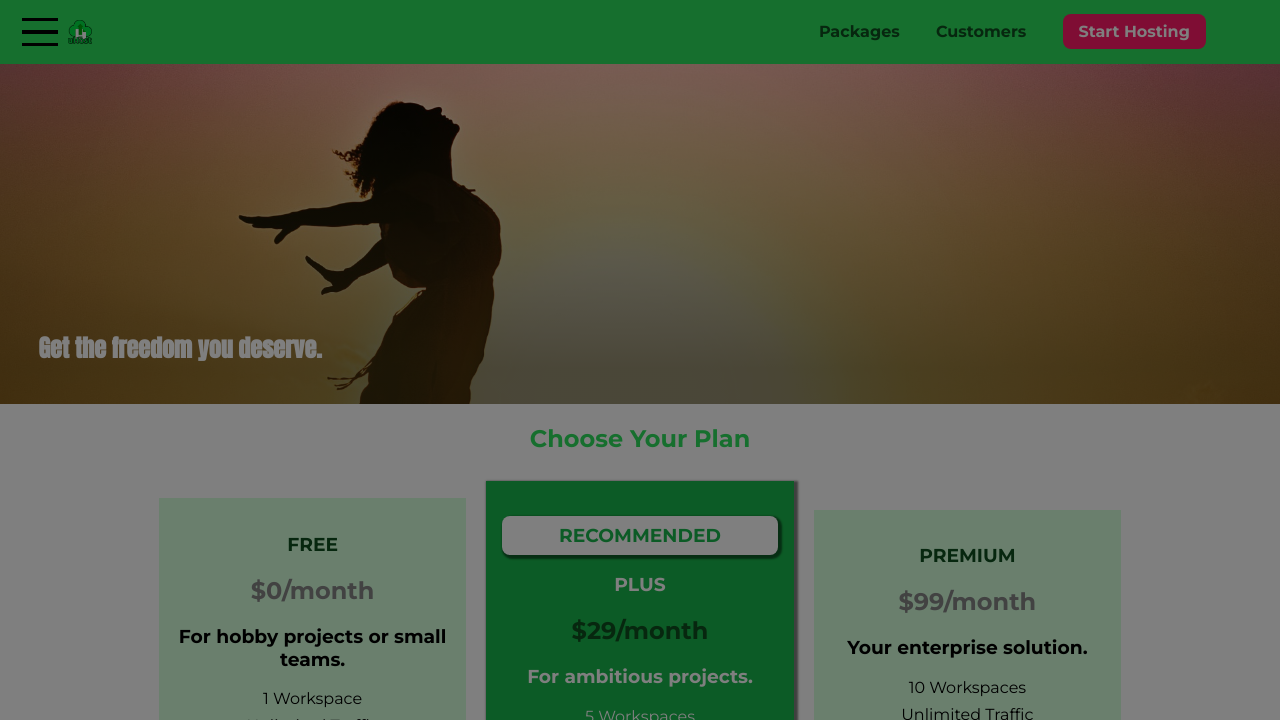
Repository: Nowacki97PL/UdemyCSS
Page: index.html
The author's editor kept a copy of each file at every save. The page is drawn from the files as they stood at one save, then again after the next save.
The browser window is 1280 px wide. The pictures show the window.
After loading, the first visible `button.button` was clicked once.
A layer covers the whole window, so only the first screen is drawn.

Above is the page before, as saved 2023-11-19 16:26:13.

After the next save:
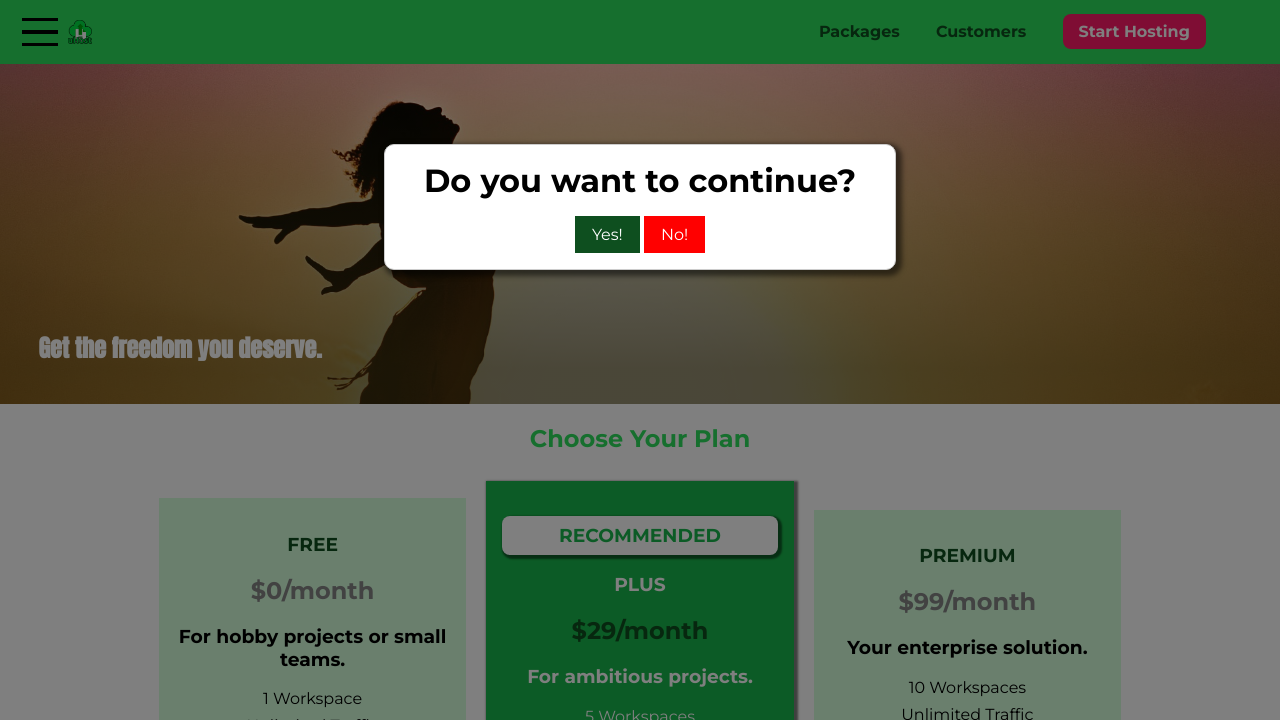
Saved 13 s later.
--- a/shared.css
+++ b/shared.css
@@ -202,5 +202,5 @@ body {
 }
 
 .open {
-    display: block; !important;
-}
+    display: block !important;
+}
